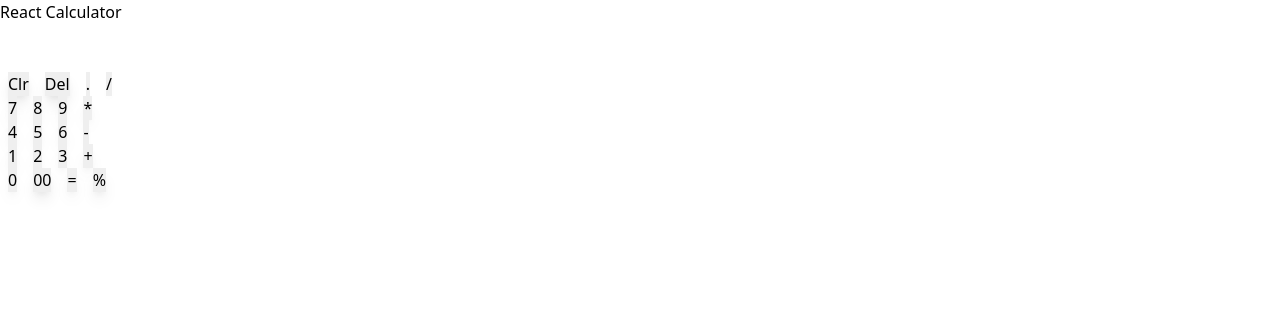
Repository: latenightsnacc/React-Calculator
Page: / (app in docs/react-calculator/)
An editor plug-in stored every save of this project. The page is shown before and after the next save, followed by the edit.
The browser window is 1280 px wide. The pictures show the whole page.
The project was rebuilt for these pictures with package versions that can differ from the ones it lists, and the page was loaded fresh each time. Also part of the build but not shown: docs/react-calculator/craco.config.js.

Above is the page before, as saved 2021-11-11 15:41:03.

### docs/react-calculator/src/components/Calculator.js
import React, { Component } from 'react'
import CalculatorTitle from './CalculatorTitle'
import CalculatorScreen from './CalculatorScreen'
import Button from './Button'

class Calculator extends Component {
    render() {
        return (
            <div className="frame">
                <CalculatorTitle value="React Calculator" />
                <div className="calculator-body">
                    <CalculatorScreen />
                    <div className="button-row">
                        <Button label={'Clr'} />
                        <Button label={'Del'} />
                        <Button label={'.'}/>
                        <Button label={'/'}/>
                    </div>
                    <div className="button-row">
                        <Button label={'7'}/>
                        <Button label={'8'}/>
                        <Button label={'9'}/>
                        <Button label={'*'}/>
                    </div>
                    <div className="button-row">
                        <Button label={'4'}/>
                        <Button label={'5'}/>
                        <Button label={'6'}/>
                        <Button label={'-'}/>
                    </div>
                    <div className="button-row">
                        <Button label={'1'}/>
                        <Button label={'2'}/>
                        <Button label={'3'}/>
                        <Button label={'+'}/>
                    </div>
                    <div className="button-row">
                        <Button label={'0'}/>
                        <Button label={'00'}/>
                        <Button label={'='}/>
                        <Button label={'%'}/>
                    </div>

                </div>
            </div>
        )
    }
}

export default Calculator

### docs/react-calculator/src/components/CalculatorTitle.js
import React from 'react'

function CalculatorTitle(props) {
    return (
        <div className='calculator-title'>
            {props.value}
        </div>
    )
}

export default CalculatorTitle

### docs/react-calculator/src/components/CalculatorScreen.js
import React from 'react'
import CalculatorOutputRow from './CalculatorOutputRow'

const CalculatorScreen = () => {
    return (
        <div className="screen">
            <CalculatorOutputRow/>
            <CalculatorOutputRow/>
        </div>
    )
}

export default CalculatorScreen;

### docs/react-calculator/src/components/Button.js
import React from 'react'

const Button = (props) => {
    return(
        <input className="shadow-lg mx-2"
            type="button"
            value={props.label}
        />
    )
}

export default Button;

### docs/react-calculator/src/components/CalculatorOutputRow.js
import React from 'react';

const CalculatorOutputRow = () => {
    return(
        <div className="screen-row">
            <input type="text" readOnly />
        </div>
    )
}

export default CalculatorOutputRow

Loaded but not shown: docs/react-calculator/public/index.html (common file); docs/react-calculator/src/index.js (common file); docs/react-calculator/src/index.css (common file); docs/react-calculator/src/App.js (common file); docs/react-calculator/src/reportWebVitals.js (common file); docs/react-calculator/tailwind.config.js (common file)

After the next save:
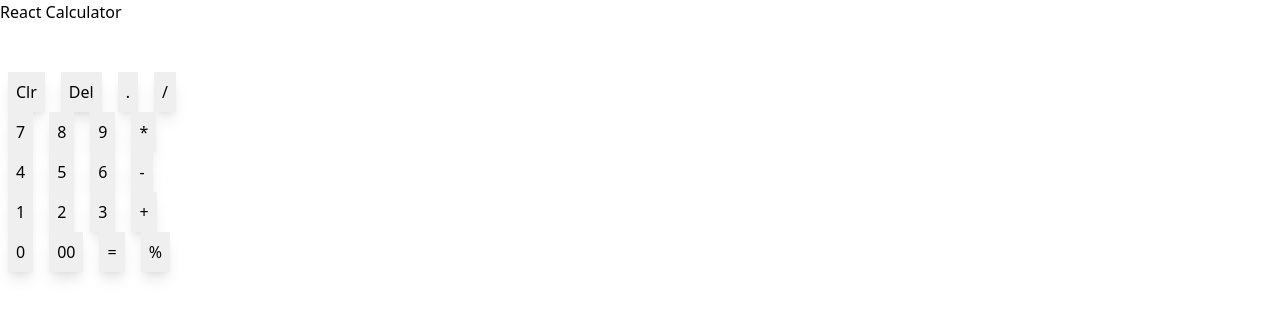
Saved 5 s later.
--- a/docs/react-calculator/src/components/Button.js
+++ b/docs/react-calculator/src/components/Button.js
@@ -2,7 +2,7 @@ import React from 'react'
 
 const Button = (props) => {
     return(
-        <input className="shadow-lg mx-2"
+        <input className="shadow-lg mx-2 p-2"
             type="button"
             value={props.label}
         />
